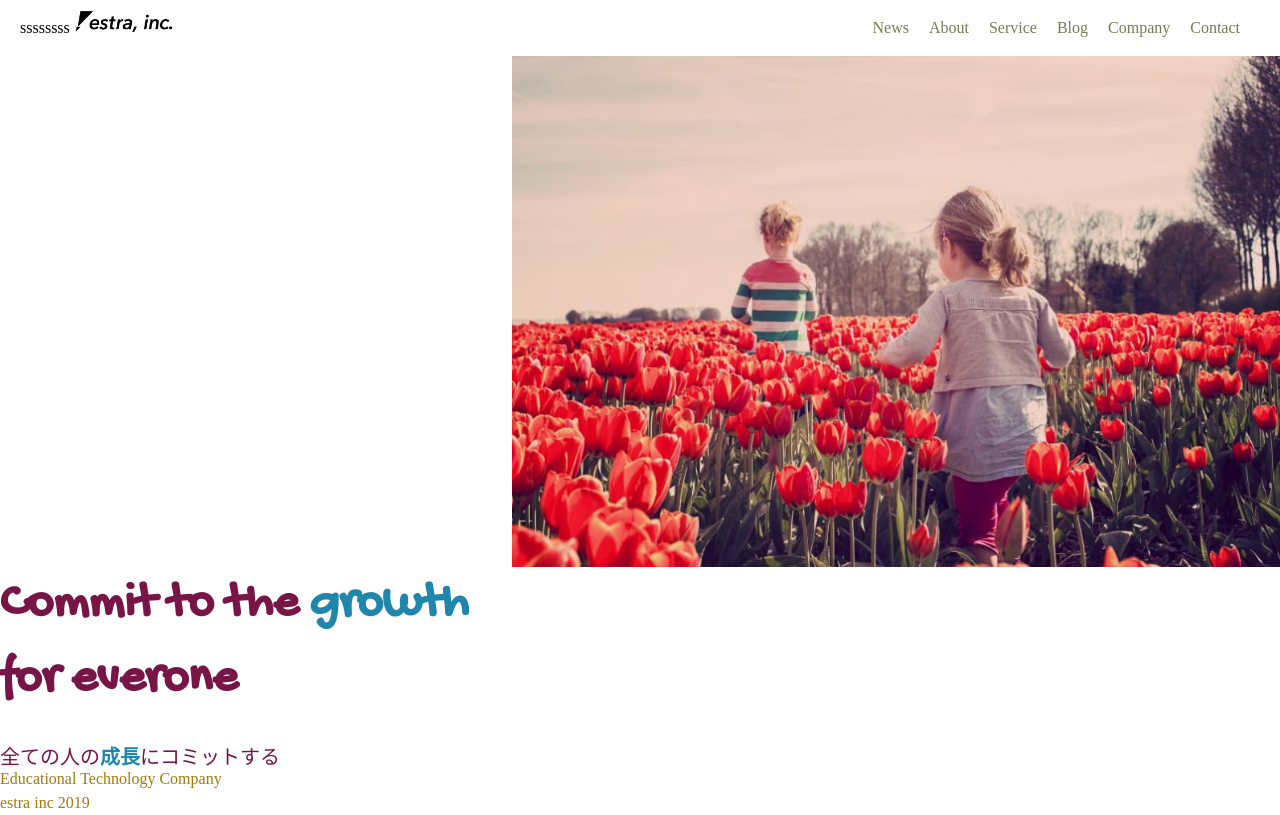
Repository: masanarimiura/20220504miura
Page: index.html
An editor plug-in stored every save of this project. The page is shown before and after a run of saves, followed by the edit.
The browser window is 1280 px wide. The pictures show the whole page.

Above is the page before, as saved 2022-05-04 18:32:19.

### index.html
<!DOCTYPE html>
<html lang="ja">

<head>
  <meta charset="UTF-8">
  <meta http-equiv="X-UA-Compatible" content="IE=edge">
  <meta name="viewport" content="width=device-width, initial-scale=1.0">
  <title>20220504miura</title>
  <link rel="stylesheet" href="css/reset.css">
  <link rel="stylesheet" href="css/style.css">
  <link rel="preconnect" href="https://fonts.googleapis.com">
  <link rel="preconnect" href="https://fonts.gstatic.com" crossorigin>
  <link href="https://fonts.googleapis.com/css2?family=Gochi+Hand&display=swap" rel="stylesheet">
</head>
<header class="header">
  <div class="header-inner">
    <div class="header-logo">
      <a href="">ssssssss
        <img src="img/estra_logo.png" alt="">
      </a>
    </div>
    <nav class="header-nav">
      <ul class="header-nav-list">
        <li class="header-nav-item"><a href="" class="header-nav-link">
            News
          </a></li>
        <li class="header-nav-item"><a href="" class="header-nav-link">
            About
          </a></li>
        <li class="header-nav-item"><a href="" class="header-nav-link">
            Service
          </a></li>
        <li class="header-nav-item"><a href="" class="header-nav-link">
            Blog
          </a></li>
        <li class="header-nav-item"><a href="" class="header-nav-link">
            Company
          </a></li>
        <li class="header-nav-item"><a href="" class="header-nav-link">
            Contact
          </a></li>
      </ul>
    </nav>
  </div>
</header>
<div class="firstview">
  <img src="img/firstview.jpg" alt="">
  <h2 class="firstview-ttl">
    Commit to the <span class="firstview-text-emphasis">growth</span> <br>for everone
  </h2>
  <div class="firstview">
    <p class="firstview-text">
      全ての人の<span class="firstview-text-emphasis">成長</span>にコミットする
    </p>
    <p class="firstview-en">
      Educational Technology Company <br>estra inc 2019
    </p>
  </div>
</div>

<body>

</body>

</html>

### css/style.css
a {
  text-decoration: none;
  color: inherit;
}
.header {
  width: 100%;
}
.header-inner {
  display: flex;
  justify-content: space-between;
  margin: 10px 20px;
}
.header img {
  width: 100px;
}
.header-nav {
  margin: 10px 20px;
}
.header-nav-list {
  display: flex;
  justify-content: center;
}
.header-nav-item {
  color: rgb(120, 123, 82);
}
.header-nav-item:not(:last-child) {
  padding-right: 20px;
}
.firstview {
  width: 100%;
  position: relative;
}
.firstview img {
  width: 60%;
  margin: 0 0 0 auto;
  display: block;
}
.firstview-ttl {
  color: rgb(119, 21, 70);
  font-size: 50px;
  font-family: "Gochi Hand", cursive;
  line-height: 1.5;
}
.firstview-text {
  color: rgb(119, 21, 70);
  font-size: 20px;
  margin-top: 30px;
}
.firstview-en {
  color: rgb(160, 123, 13);
  line-height: 1.5;
  mt
}
.firstview-text-emphasis {
  color: rgb(32, 134, 172);
  font-weight: bold;
}

Loaded but not shown: css/reset.css (common file)

After the next 2 saves:
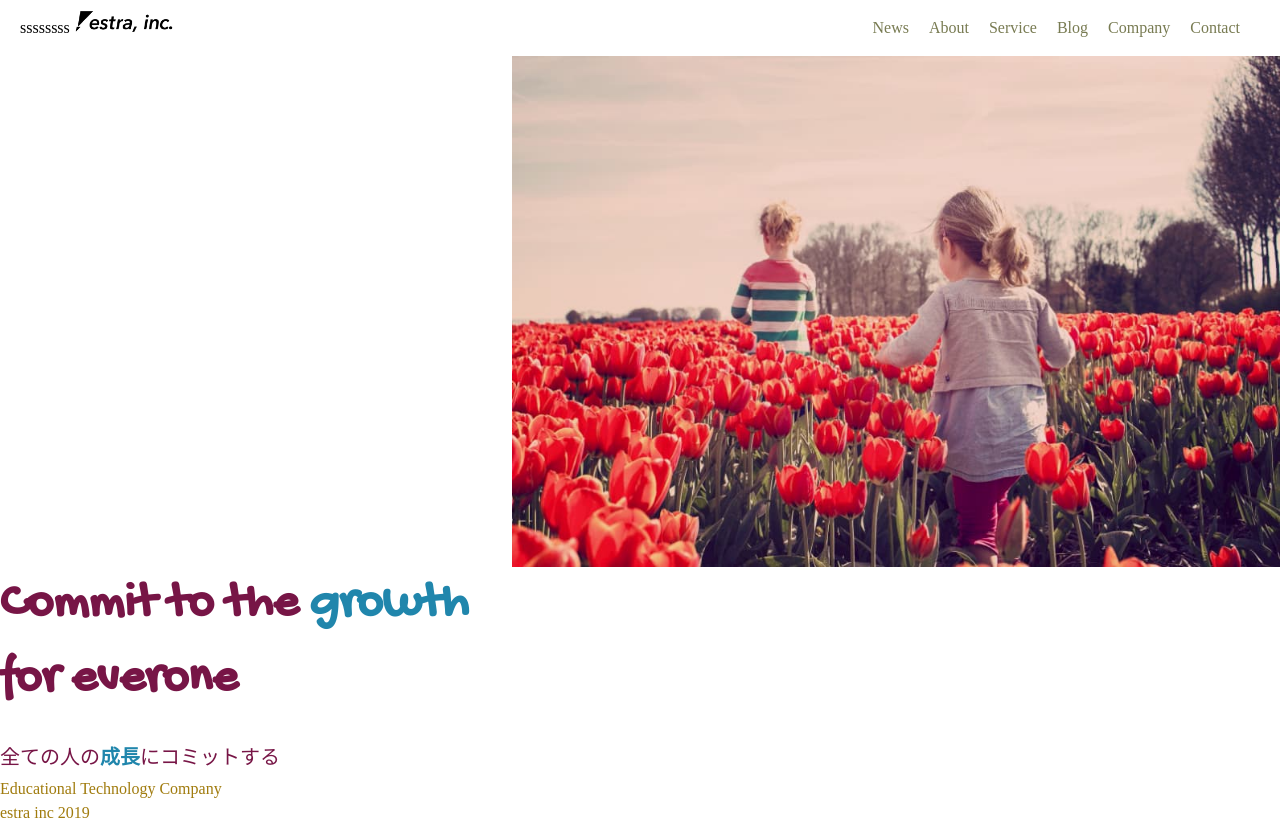
The 2 saves are shown as one change because they came seconds apart.
The last was saved 5 s later.
--- a/css/style.css
+++ b/css/style.css
@@ -49,7 +49,7 @@ a {
 .firstview-en {
   color: rgb(160, 123, 13);
   line-height: 1.5;
-  mt
+  margin-top: 10px;
 }
 .firstview-text-emphasis {
   color: rgb(32, 134, 172);
